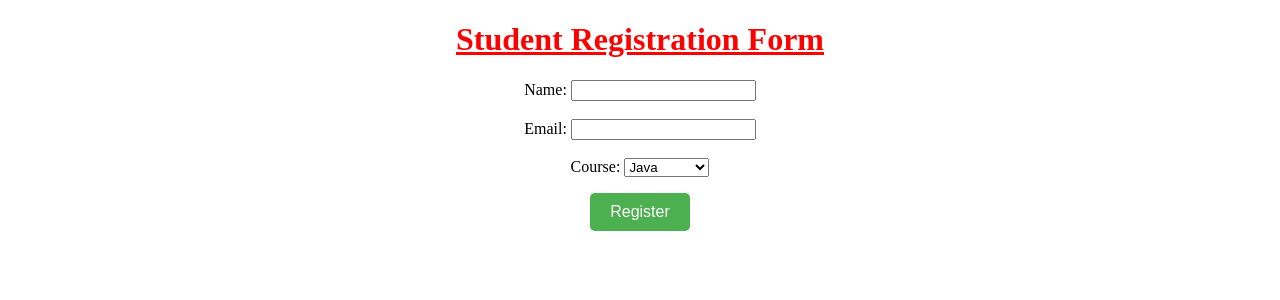
Repository: anik3395/JavaServletProjects
Page: eclipse-workspace/StudentRegistrationSystem/src/main/webapp/registration.html
These files come from the project's save history. The page is drawn as it stood at one moment and after the next save; the edit follows.
The browser window is 1280 px wide. The pictures show the whole page.

Above is the page before, as saved 2024-10-23 08:47:54.

### eclipse-workspace/StudentRegistrationSystem/src/main/webapp/registration.html
<!DOCTYPE html>
<html>
<head>
<meta charset="UTF-8">
<title>Student Registration Form</title>
</head>
<body style="text-align:center;">

<u style="color:red;" ><h1 style="color:red;">Student Registration Form</h1></u>

 <!-- Create a form for Registration -->
<form action="register" method="post">

<!-- Create all input field  -->
Name: <input type="text" name="name" required><br><br>

Email: <input type="email" name="email" required><br><br>

Course: <select name="course">
            <option >Java</option>
            <option >Python</option>
            <option >JavaScript</option>
            <option> C </option>
            <option>C++</option>

</select>
<p></p>
<!-- Submit button to register the student -->
<input type="submit" value="Register" style="background-color: #4CAF50; color: white; padding: 10px 20px; border: none; border-radius: 5px; font-size: 16px; cursor: pointer;">

</form>

</body>
</html>

After the next save:
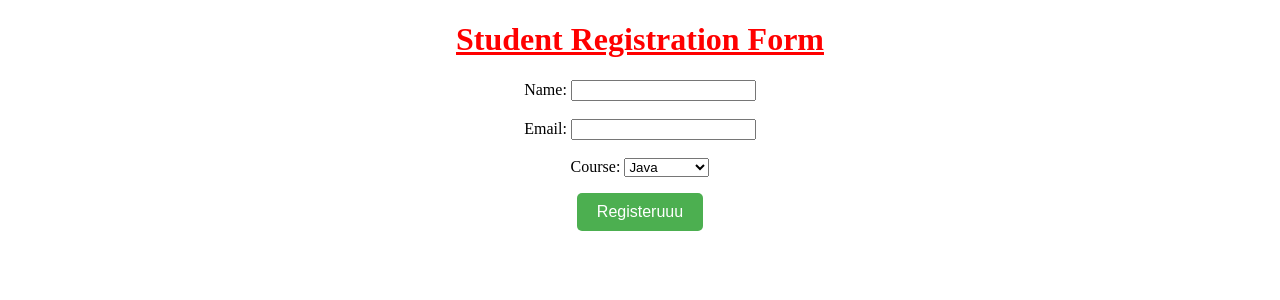
Saved 7 h 44 min later.
--- a/eclipse-workspace/StudentRegistrationSystem/src/main/webapp/registration.html
+++ b/eclipse-workspace/StudentRegistrationSystem/src/main/webapp/registration.html
@@ -26,7 +26,7 @@ Course: <select name="course">
 </select>
 <p></p>
 <!-- Submit button to register the student -->
-<input type="submit" value="Register" style="background-color: #4CAF50; color: white; padding: 10px 20px; border: none; border-radius: 5px; font-size: 16px; cursor: pointer;">
+<input type="submit" value="Registeruuu" style="background-color: #4CAF50; color: white; padding: 10px 20px; border: none; border-radius: 5px; font-size: 16px; cursor: pointer;">
 
 </form>
 
